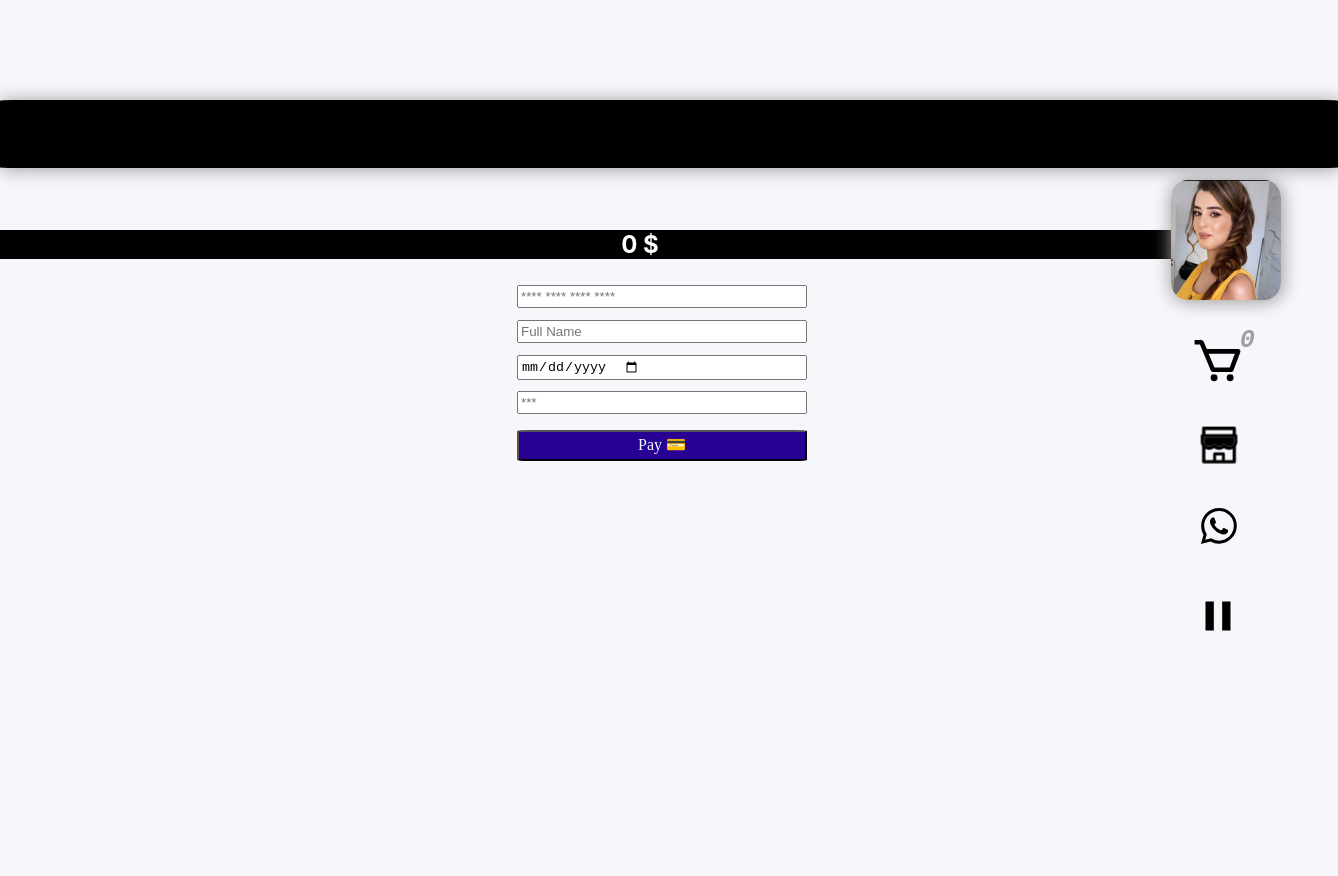
Repository: rehamAbass/BeautyCareShop
Page: /, after clicking the first element matching `svg.cartIcon`
The author's editor kept a copy of each file at every save. The page is drawn from the files as they stood at one save, then again after the next save.
The browser window is 1280 px wide. The page is 1338 px wide, so the pictures cover 1338 px, including what lies to the right of the window. The pictures show the whole page.
The page's requests for data from a server got no answer. Some web fonts or font styles are not loaded; a fallback is used. The project was rebuilt for these pictures with package versions that can differ from the ones it lists, and the page was loaded fresh each time. No one was signed in, and anything a server would have sent is missing. Also part of the build but not shown: src/components/allProducts/card-list.css, src/components/allProducts/prod/card.css, src/components/allProducts/prod/card.component.jsx, src/components/search-box/search-box.css, src/components/myCart/cartProduct/cartProduct.css, src/components/myCart/cartProduct/cartProduct.jsx. Imported but missing from the stored project, and not drawn on this page: src/components/header/music/ed.mp3.

Above is the page before, as saved 2022-06-08 17:49:00.

After the next save:
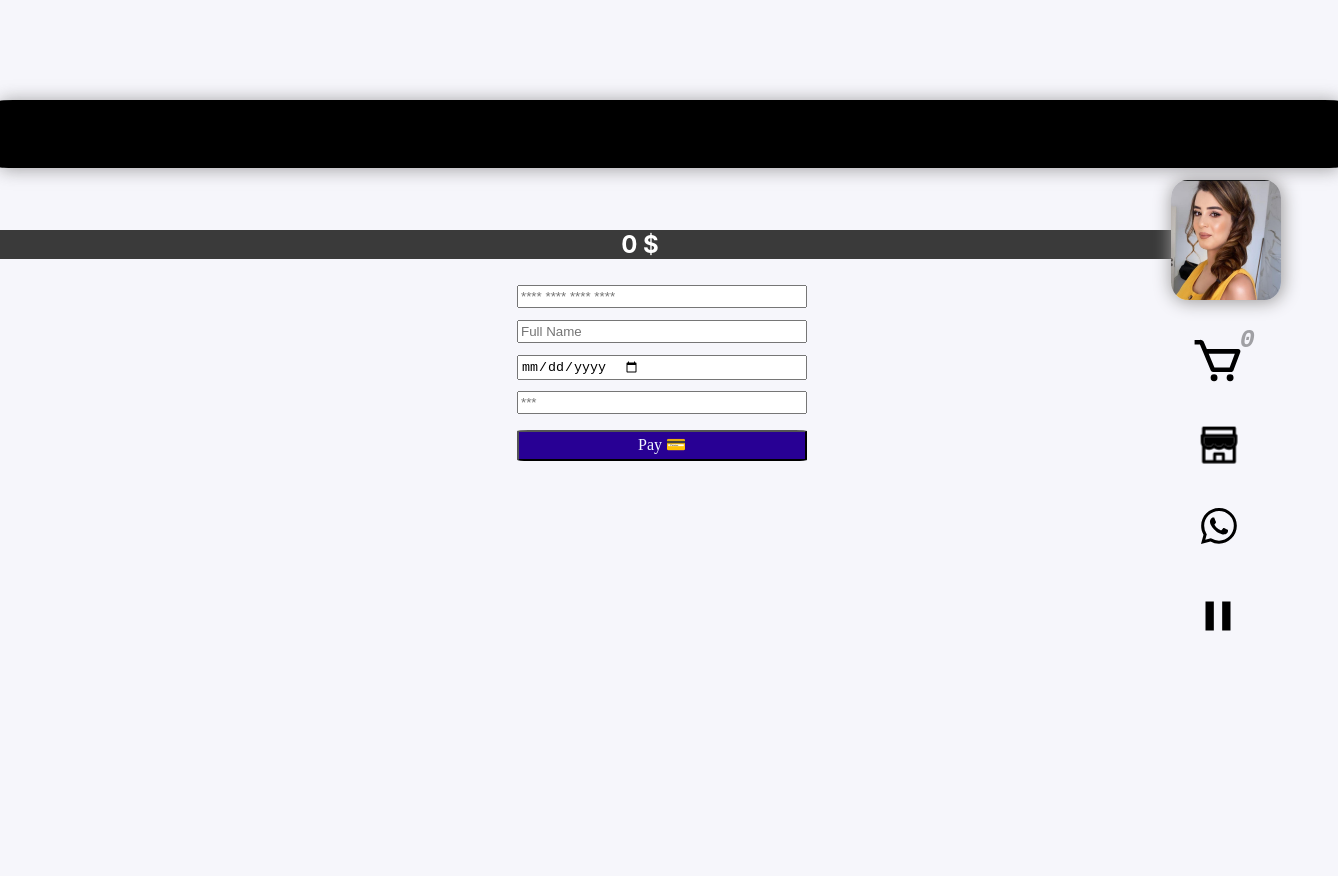
Saved 32 s later.
--- a/src/components/myCart/myCart.css
+++ b/src/components/myCart/myCart.css
@@ -10,7 +10,7 @@
     margin-bottom:30%;
 }
 .sum{
-    background-color: black;
+    background-color: rgb(58, 58, 58);
     color:white;
     margin-top: 200px;
 }
